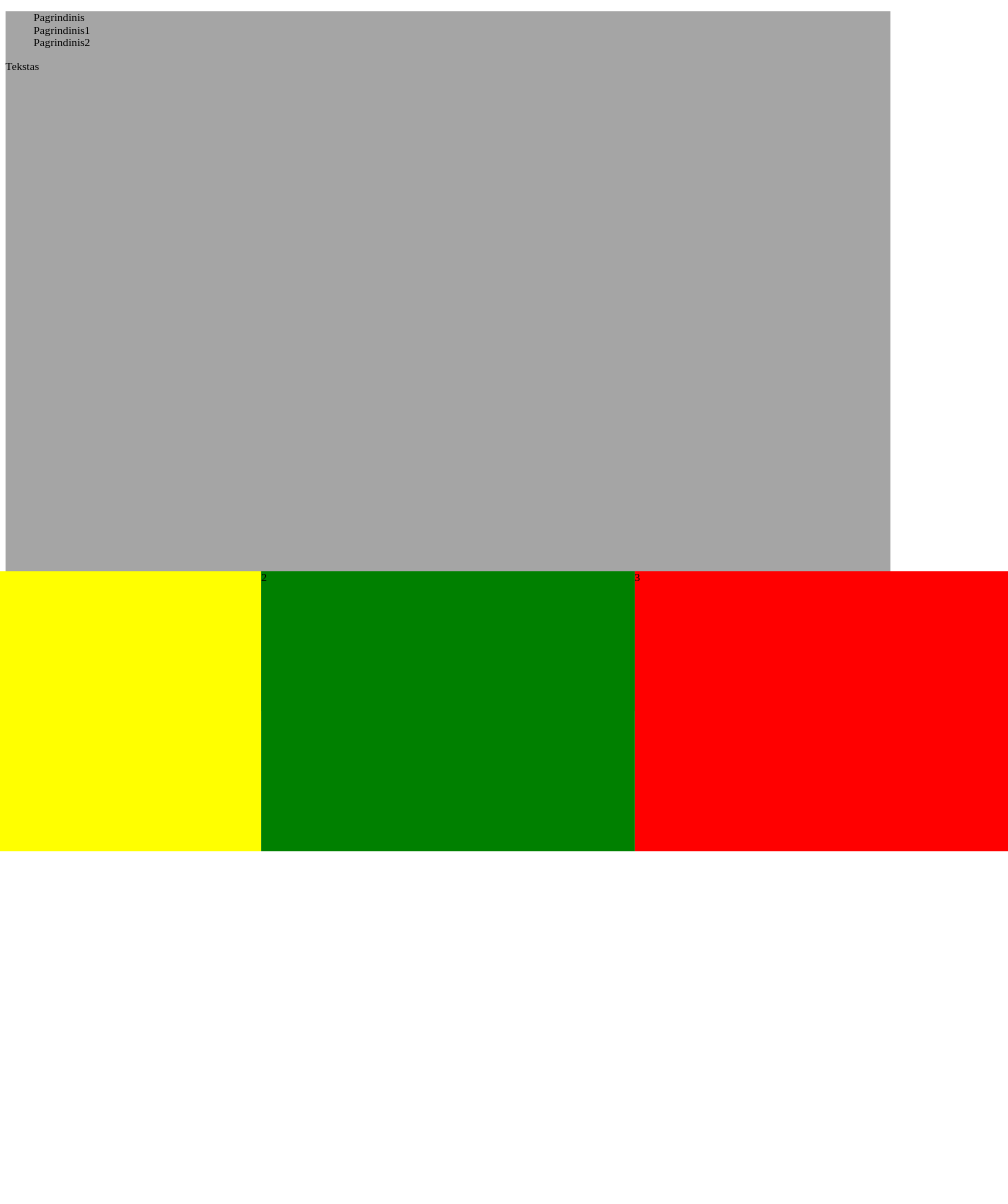
Repository: motiejus1/13-paskaita-05.31
Page: index.html
The author's editor kept a copy of each file at every save. The page is drawn from the files as they stood at one save, then again after a run of saves.
The browser window is 1280 px wide. The page is 1440 px wide, so the pictures cover 1440 px, including what lies to the right of the window. The pictures show the part of the page from y = 0 to 1720 px (the page is 5086 px tall before and 5050 px after), at 70% of full size.

Above is the page before, as saved 2021-06-21 19:58:42.

### index.html
<!DOCTYPE html>
<html lang="en">
<head>
    <meta charset="UTF-8">
    <meta http-equiv="X-UA-Compatible" content="IE=edge">
    <meta name="viewport" content="width=device-width, initial-scale=1.0">
    <title>13 paskaita</title>
    <style>
        .container {
            height: 1000px;
            background-color: rgb(165, 165, 165) ;
            /* z-index: 2 ;  */
            position: relative;
        }

        .kvadratai {
            width: 1600px;
            position:absolute;
            left: 50%;
            transform: translate(-50%, -50%);
            top: 100%;
        }

        .kvadratas {
            width: 33.33%;
            height: 400px;
            float:left;

        }

        .footer {
            height: 5000px;
        }

        .zalia {
            background-color: green;
        }

        .geltona {
            background-color: yellow;
        }

        .raudona {
            background-color: red;
        }

        .kvadratelis {
            width: 50px;
            height: 50px;
            background-color: red;
            position:relative;
            /* z-index: 1; */

        }

        .container1 {
            height: 400px;
            background-color: rgb(126, 100, 100) ;
        }

        .menu {
            width: 100%;
        }

        ul {
            list-style: none;
        }

        li {
            display:
        }
    </style>


</head>

<body>
<!-- position relative ir position absolute -->

<!-- position relative  -->

<div class="container">

    <div class="menu">
        <ul>
            <li>Pagrindinis</li>
            <li>Pagrindinis1</li>
            <li>Pagrindinis2</li>
        </ul>
    </div>

    <div class="kvadratai">
        <div class="kvadratas geltona">1</div>
        <div class="kvadratas zalia">2</div>
        <div class="kvadratas raudona">3</div>
    </div>

    <div class="footer">
        Tekstas
    </div>


</div>



</body>
</html>

After the next 2 saves:
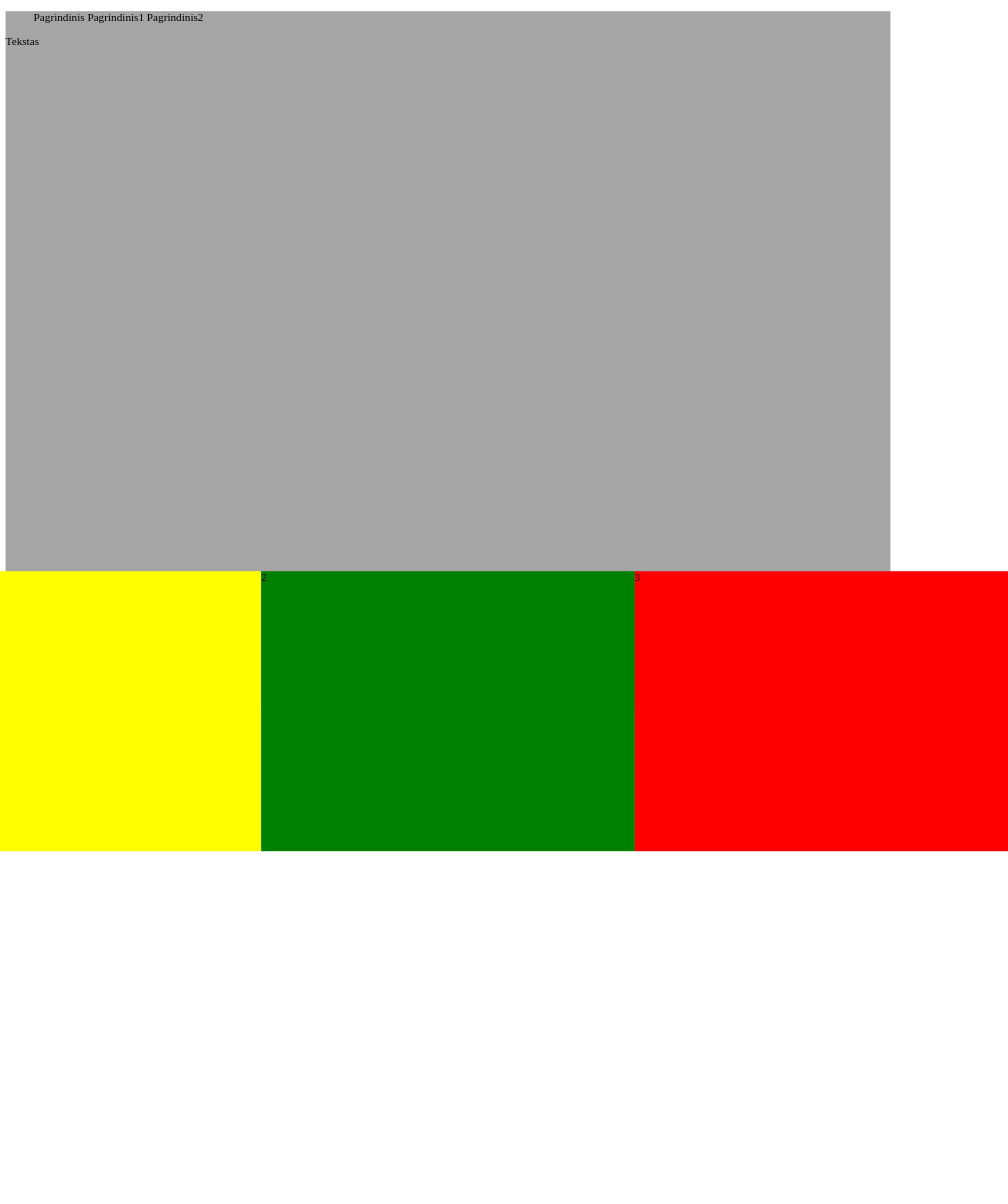
The 2 saves are shown as one change because they came seconds apart.
The last was saved 9 s later.
--- a/index.html
+++ b/index.html
@@ -67,7 +67,7 @@
         }
 
         li {
-            display:
+            display: inline-block;
         }
     </style>
 
